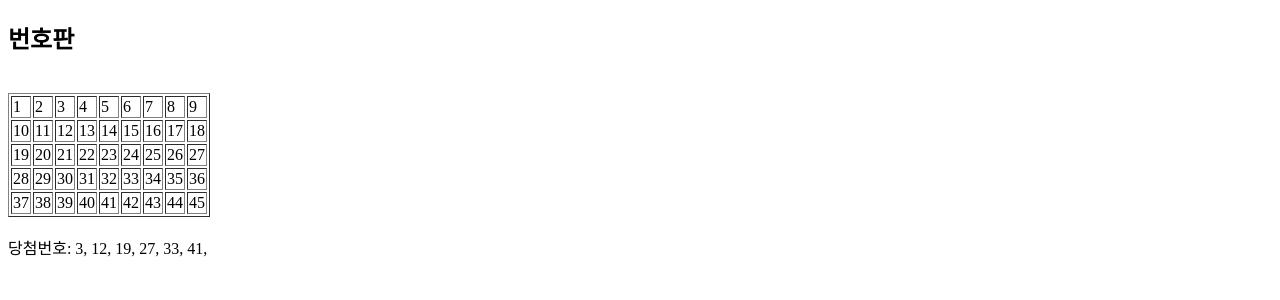
Repository: lhk21go-commits/Jsp2026
Page: http://localhost/chapter01/example_lotto.jsp
An editor plug-in stored every save of this project. The page is shown before and after the next save, followed by the edit.
The browser window is 1280 px wide. The pictures show the whole page.
The page is served by Tomcat 9.

Above is the page before, as saved 2026-10-16 07:38:23.

After the next save:
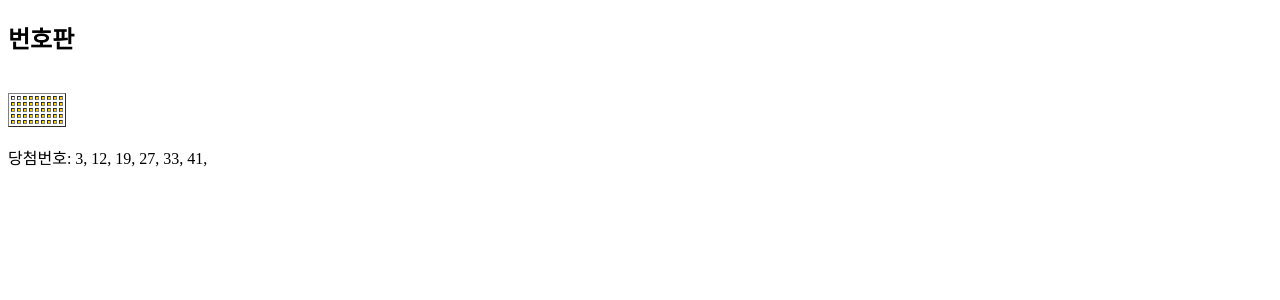
Saved 5 min 36 s later.
--- a/chapter01/src/main/webapp/example_lotto.jsp
+++ b/chapter01/src/main/webapp/example_lotto.jsp
@@ -23,11 +23,11 @@
 		};
 	%>
 	<table border="1">
-		<% count = 1;
+	<% count = 1;
 		for(int i=1; i<=5; i++){	%>
 		<tr>
 			<%	for(int j=1; j<=9; j++){	%>
-			<td><%=count %></td>
+			<td style= background-color:<%=isWinning(count) ? "gold" : " " %>></td>
 			<% count++;
 			}; %>
 		</tr>
